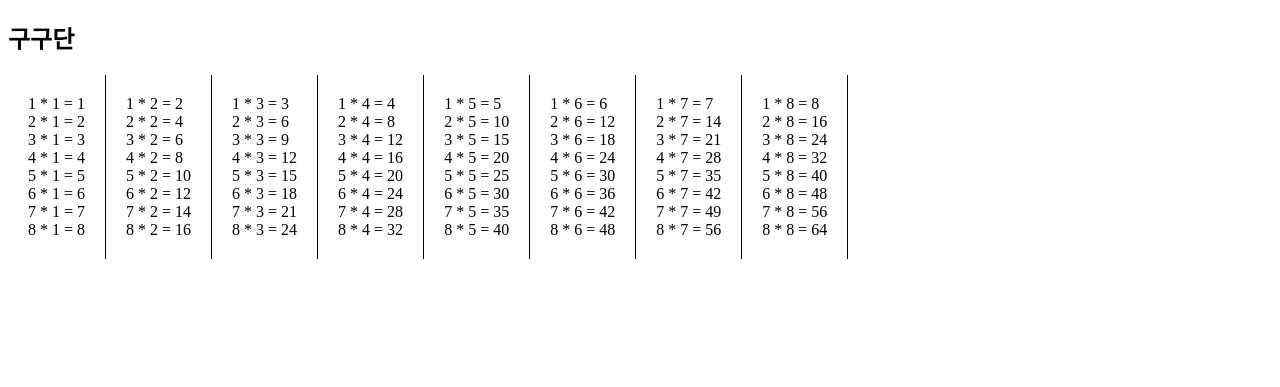
Repository: poiup/jsp_practice
Page: http://localhost/20210128/jspTag/Scriptlet.jsp
These files come from the project's save history. The page is drawn as it stood at one moment and after the next save; the edit follows.
The browser window is 1280 px wide. The pictures show the whole page.
The page is served by Tomcat 9.

Above is the page before, as saved 2022-01-28 02:52:15.

After the next save:
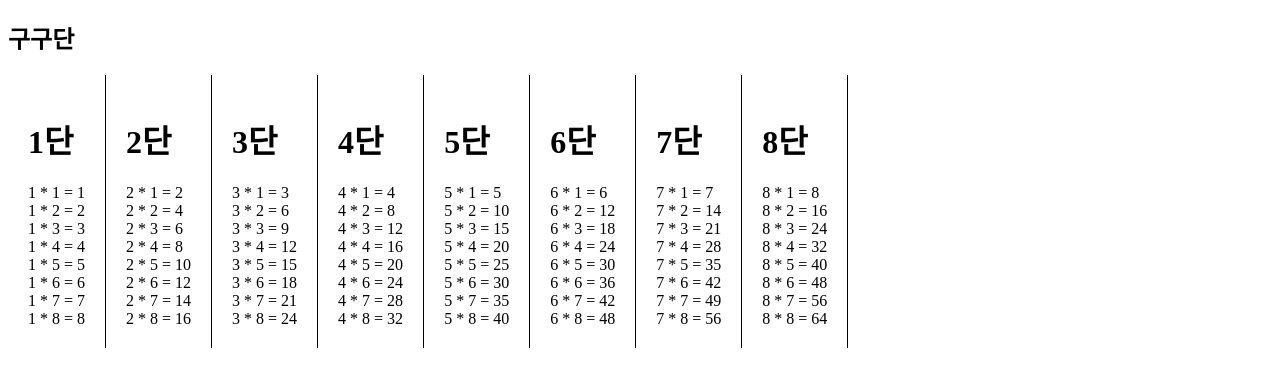
Saved 28 min 6 s later.
--- a/20210128/src/main/webapp/jspTag/Scriptlet.jsp
+++ b/20210128/src/main/webapp/jspTag/Scriptlet.jsp
@@ -13,9 +13,10 @@
 	(javascript의 document.write()와 같은역활 -->
 	<h2>구구단</h2>
 	<% for(int i = 1; i< 9; i++){
-	%><div style = "float : left; padding : 20px; border-right: solid 1px #000;"><%
+	%><div style = "float : left; padding : 20px; border-right: solid 1px #000;">
+		<%out.println("<h1>" + i + "단</h1>"); %><%
 		for(int j = 1; j< 9; j++){
-		out.println(j + " * " + i + " = " + j*i);
+		out.println(i + " * " + j + " = " + j*i);
 	%></br><%
 		}
 	%></div><%
